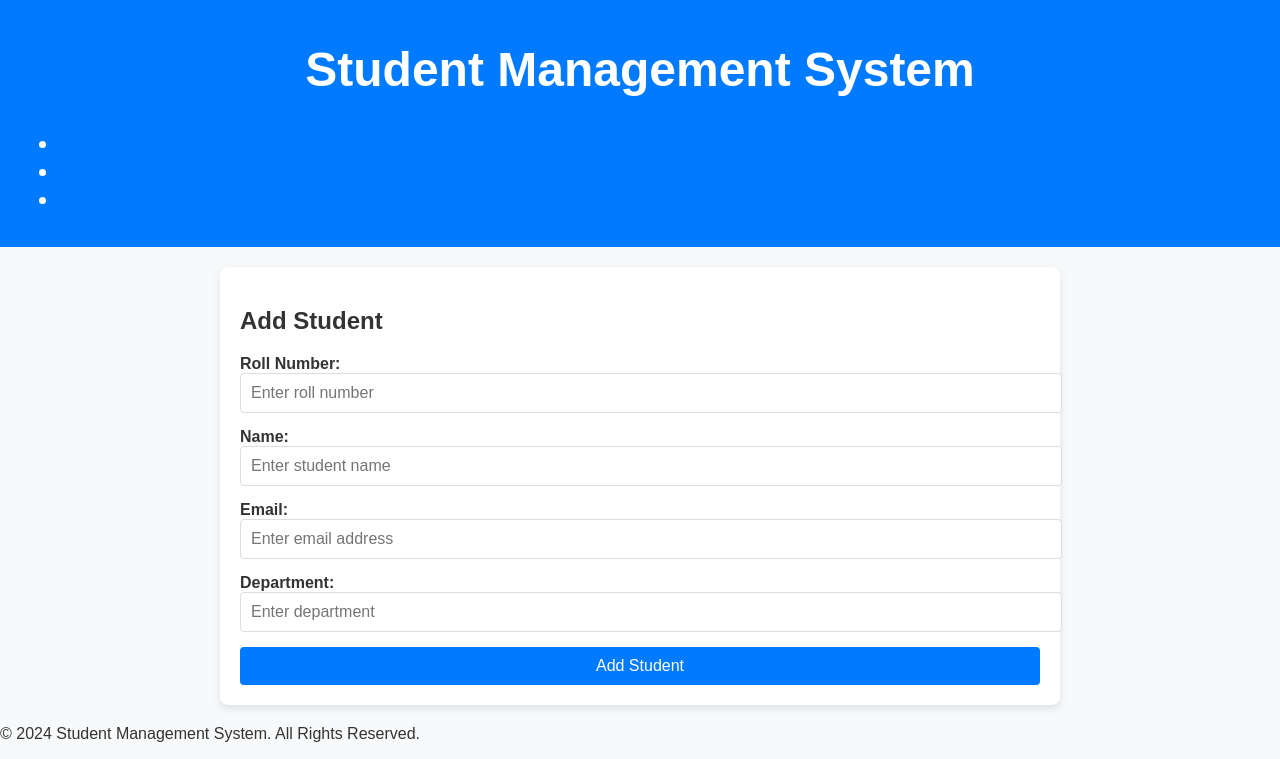
Repository: roohithbala/studentmanagement
Page: demo/src/main/resources/static/add-student.html
An editor plug-in stored every save of this project. The page is shown before and after the next save, followed by the edit.
The browser window is 1280 px wide. The pictures show the whole page.
The page's requests for data from a server got no answer.

Above is the page before, as saved 2024-11-24 19:08:22.

### demo/src/main/resources/static/add-student.html
<!DOCTYPE html>
<html lang="en">
<head>
    <meta charset="UTF-8">
    <meta name="viewport" content="width=device-width, initial-scale=1.0">
    <title>Add Student</title>
    <link rel="stylesheet" href="styles.css">
</head>
<body>
    <header>
        <div class="header-container">
            <h1>Student Management System</h1>
            <nav>
                <ul>
                    <li><a href="index.html">Home</a></li>
                    <li><a href="add-student.html" class="active">Add Student</a></li>
                    <li><a href="view-students.html">View Students</a></li>
                </ul>
            </nav>
        </div>
    </header>
    <main>
        <section class="form-section">
            <h2>Add Student</h2>
            <form id="add-student-form">
                <div class="form-group">
                    <label for="rollNumber">Roll Number:</label>
                    <input type="text" id="rollNumber" name="rollNumber" placeholder="Enter roll number" required>
                </div>
                <div class="form-group">
                    <label for="name">Name:</label>
                    <input type="text" id="name" name="name" placeholder="Enter student name" required>
                </div>
                <div class="form-group">
                    <label for="email">Email:</label>
                    <input type="email" id="email" name="email" placeholder="Enter email address" required>
                </div>
                <div class="form-group">
                    <label for="department">Department:</label>
                    <input type="text" id="department" name="department" placeholder="Enter department" required>
                </div>
                <button type="submit" id="add-student-button">Add Student</button>
            </form>
        </section>
    </main>
    <footer>
        <div class="footer-container">
            <p>&copy; 2024 Student Management System. All Rights Reserved.</p>
        </div>
    </footer>
    <script src="script1.js"></script>
</body>
</html>

### demo/src/main/resources/static/styles.css
/* General Styles */
body {
    font-family: 'Arial', sans-serif;
    margin: 0;
    padding: 0;
    background-color: #f8f9fa;
    color: #333;
}

header {
    background-color: #007bff;
    color: #fff;
    padding: 10px 20px;
    text-align: center;
    font-size: 24px;
    font-weight: bold;
}

main {
    max-width: 800px;
    margin: 20px auto;
    padding: 20px;
    background: #fff;
    box-shadow: 0 4px 8px rgba(0, 0, 0, 0.1);
    border-radius: 8px;
}

/* Navigation Bar */
nav {
    text-align: center;
    margin: 10px 0;
}

nav a {
    text-decoration: none;
    color: #007bff;
    margin: 0 15px;
    font-weight: bold;
}

nav a:hover {
    text-decoration: underline;
}

/* Form Styles */
form {
    display: flex;
    flex-direction: column;
    gap: 15px;
}

label {
    font-weight: bold;
    margin-bottom: 5px;
}

input[type="text"],
input[type="email"],
input[type="number"],
select {
    width: 100%;
    padding: 10px;
    border: 1px solid #ddd;
    border-radius: 4px;
    font-size: 16px;
}

button {
    padding: 10px 20px;
    font-size: 16px;
    background-color: #007bff;
    color: #fff;
    border: none;
    border-radius: 4px;
    cursor: pointer;
}

button:hover {
    background-color: #0056b3;
}

/* Table Styles */
table {
    width: 100%;
    border-collapse: collapse;
    margin-top: 20px;
}

table th,
table td {
    text-align: left;
    padding: 10px;
    border: 1px solid #ddd;
}

table th {
    background-color: #007bff;
    color: #fff;
    font-weight: bold;
}

table tr:nth-child(even) {
    background-color: #f2f2f2;
}

table tr:hover {
    background-color: #e9ecef;
}

/* Update and Delete Buttons */
.update-button,
.delete-button {
    padding: 5px 10px;
    font-size: 14px;
    border: none;
    border-radius: 4px;
    cursor: pointer;
}

.update-button {
    background-color: #28a745;
    color: #fff;
}

.update-button:hover {
    background-color: #218838;
}

.delete-button {
    background-color: #dc3545;
    color: #fff;
}

.delete-button:hover {
    background-color: #c82333;
}

/* Responsive Design */
@media (max-width: 600px) {
    main {
        padding: 10px;
    }

    nav a {
        margin: 0 5px;
        font-size: 14px;
    }

    table th,
    table td {
        font-size: 14px;
        padding: 8px;
    }

    button {
        font-size: 14px;
        padding: 8px 15px;
    }
}

### demo/src/main/resources/static/script1.js
document.getElementById('add-student-form').addEventListener('submit', function(event) {
    event.preventDefault();

    const rollNumber = document.getElementById('rollNumber').value;
    const name = document.getElementById('name').value;
    const email = document.getElementById('email').value;
    const department = document.getElementById('department').value;

    const studentData = {
        rollNumber: rollNumber,
        name: name,
        email: email,
        department: department
    };

    // Send the data to the backend API
    fetch('http://localhost:8080/api/students', {
        method: 'POST',
        headers: {
            'Content-Type': 'application/json',
        },
        body: JSON.stringify(studentData)
    })
    .then(response => response.json())
    .then(data => {
        console.log('Student added:', data);
        alert('Student added successfully!');
        // Redirect to home or another page if needed
    })
    .catch(error => {
        console.error('Error adding student:', error);
        alert('Failed to add student. Please try again.');
    });
});

### demo/src/main/resources/static/script.js
// Define the API base URL
const apiBaseUrl = 'http://localhost:8080/api/students';

// Function to add a new student
async function addStudent(studentData) {
    try {
        const response = await fetch(apiBaseUrl, {
            method: 'POST',
            headers: {
                'Content-Type': 'application/json',
            },
            body: JSON.stringify(studentData),
        });

        if (response.ok) {
            const student = await response.json();
            alert('Student added successfully!');
            console.log(student);
        } else {
            const error = await response.json();
            alert(`Failed to add student: ${error.message}`);
        }
    } catch (error) {
        alert('An error occurred while adding the student.');
        console.error(error);
    }
}

// Function to get all students
async function getAllStudents() {
    try {
        const response = await fetch(apiBaseUrl);
        if (response.ok) {
            const students = await response.json();
            displayStudents(students);
        } else {
            alert('Failed to fetch students.');
        }
    } catch (error) {
        alert('An error occurred while fetching the students.');
        console.error(error);
    }
}

// Function to get a student by roll number
async function getStudentByRollNumber(rollNumber) {
    try {
        const response = await fetch(`${apiBaseUrl}/${rollNumber}`);
        if (response.ok) {
            const student = await response.json();
            return student;
        } else if (response.status === 404) {
            alert('Student not found.');
        }
    } catch (error) {
        alert('An error occurred while fetching the student.');
        console.error(error);
    }
}

// Function to update student details
async function updateStudent(id, updatedStudentData) {
    try {
        const response = await fetch(`${apiBaseUrl}/${id}`, {
            method: 'PUT',
            headers: {
                'Content-Type': 'application/json',
            },
            body: JSON.stringify(updatedStudentData),
        });

        if (response.ok) {
            const student = await response.json();
            alert('Student updated successfully!');
            console.log(student);
        } else {
            alert('Failed to update student.');
        }
    } catch (error) {
        alert('An error occurred while updating the student.');
        console.error(error);
    }
}

// Function to delete a student by ID
async function deleteStudent(id) {
    try {
        const response = await fetch(`${apiBaseUrl}/${id}`, {
            method: 'DELETE',
        });

        if (response.ok) {
            alert('Student deleted successfully!');
        } else if (response.status === 404) {
            alert('Student not found.');
        }
    } catch (error) {
        alert('An error occurred while deleting the student.');
        console.error(error);
    }
}

// Function to display students in the table
function displayStudents(students) {
    const studentsTableBody = document.getElementById('students-table').getElementsByTagName('tbody')[0];
    studentsTableBody.innerHTML = ''; // Clear existing table rows

    students.forEach(student => {
        const row = studentsTableBody.insertRow();

        const rollNumberCell = row.insertCell(0);
        rollNumberCell.textContent = student.rollNumber;

        const nameCell = row.insertCell(1);
        nameCell.textContent = student.name;

        const emailCell = row.insertCell(2);
        emailCell.textContent = student.email;

        const departmentCell = row.insertCell(3);
        departmentCell.textContent = student.department;

        // Add edit and delete buttons
        const actionsCell = row.insertCell(4);
        actionsCell.innerHTML = `
            <button onclick="editStudent('${student.id}')">Edit</button>
            <button onclick="removeStudent('${student.id}')">Delete</button>
        `;
    });
}

// Function to edit student data (for use in a modal or form)
async function editStudent(id) {
    const student = await getStudentByRollNumber(id);

    if (student) {
        document.getElementById('rollNumber').value = student.rollNumber;
        document.getElementById('name').value = student.name;
        document.getElementById('email').value = student.email;
        document.getElementById('department').value = student.department;

        // Update the form action to handle updates
        const addButton = document.querySelector('button[type="submit"]');
        addButton.textContent = 'Update Student';
        addButton.onclick = function() {
            const updatedStudentData = {
                rollNumber: document.getElementById('rollNumber').value,
                name: document.getElementById('name').value,
                email: document.getElementById('email').value,
                department: document.getElementById('department').value
            };

            updateStudent(id, updatedStudentData);
        };
    }
}

// Function to remove a student
function removeStudent(id) {
    const confirmDelete = confirm('Are you sure you want to delete this student?');
    if (confirmDelete) {
        deleteStudent(id);
    }
}

// Event listener to handle form submission
document.getElementById('add-student-form').addEventListener('submit', function(event) {
    event.preventDefault();

    const studentData = {
        rollNumber: document.getElementById('rollNumber').value,
        name: document.getElementById('name').value,
        email: document.getElementById('email').value,
        department: document.getElementById('department').value
    };

    const submitButton = document.querySelector('button[type="submit"]');
    if (submitButton.textContent === 'Add Student') {
        addStudent(studentData);
    }

    // Clear the form after submission
    document.getElementById('add-student-form').reset();
});

// Fetch and display all students when the page loads
window.onload = function() {
    getAllStudents();
};

After the next save:
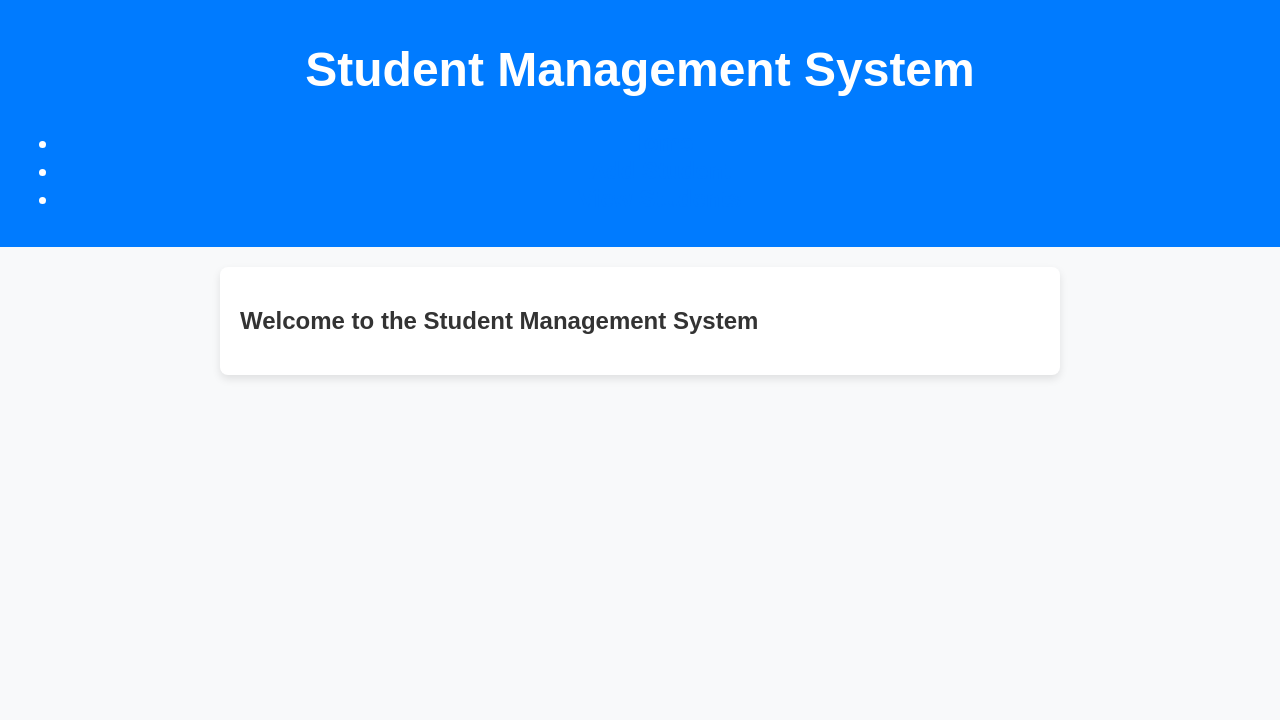
Saved 19 s later.
--- a/demo/src/main/resources/static/add-student.html
+++ b/demo/src/main/resources/static/add-student.html
@@ -3,7 +3,7 @@
 <head>
     <meta charset="UTF-8">
     <meta name="viewport" content="width=device-width, initial-scale=1.0">
-    <title>Add Student</title>
+    <title>Student Management System</title>
     <link rel="stylesheet" href="styles.css">
 </head>
 <body>
@@ -13,41 +13,14 @@
             <nav>
                 <ul>
                     <li><a href="index.html">Home</a></li>
-                    <li><a href="add-student.html" class="active">Add Student</a></li>
+                    <li><a href="add-student.html">Add Student</a></li>
                     <li><a href="view-students.html">View Students</a></li>
                 </ul>
             </nav>
         </div>
     </header>
     <main>
-        <section class="form-section">
-            <h2>Add Student</h2>
-            <form id="add-student-form">
-                <div class="form-group">
-                    <label for="rollNumber">Roll Number:</label>
-                    <input type="text" id="rollNumber" name="rollNumber" placeholder="Enter roll number" required>
-                </div>
-                <div class="form-group">
-                    <label for="name">Name:</label>
-                    <input type="text" id="name" name="name" placeholder="Enter student name" required>
-                </div>
-                <div class="form-group">
-                    <label for="email">Email:</label>
-                    <input type="email" id="email" name="email" placeholder="Enter email address" required>
-                </div>
-                <div class="form-group">
-                    <label for="department">Department:</label>
-                    <input type="text" id="department" name="department" placeholder="Enter department" required>
-                </div>
-                <button type="submit" id="add-student-button">Add Student</button>
-            </form>
-        </section>
+        <h2>Welcome to the Student Management System</h2>
     </main>
-    <footer>
-        <div class="footer-container">
-            <p>&copy; 2024 Student Management System. All Rights Reserved.</p>
-        </div>
-    </footer>
-    <script src="script1.js"></script>
 </body>
 </html>

After the save that followed:
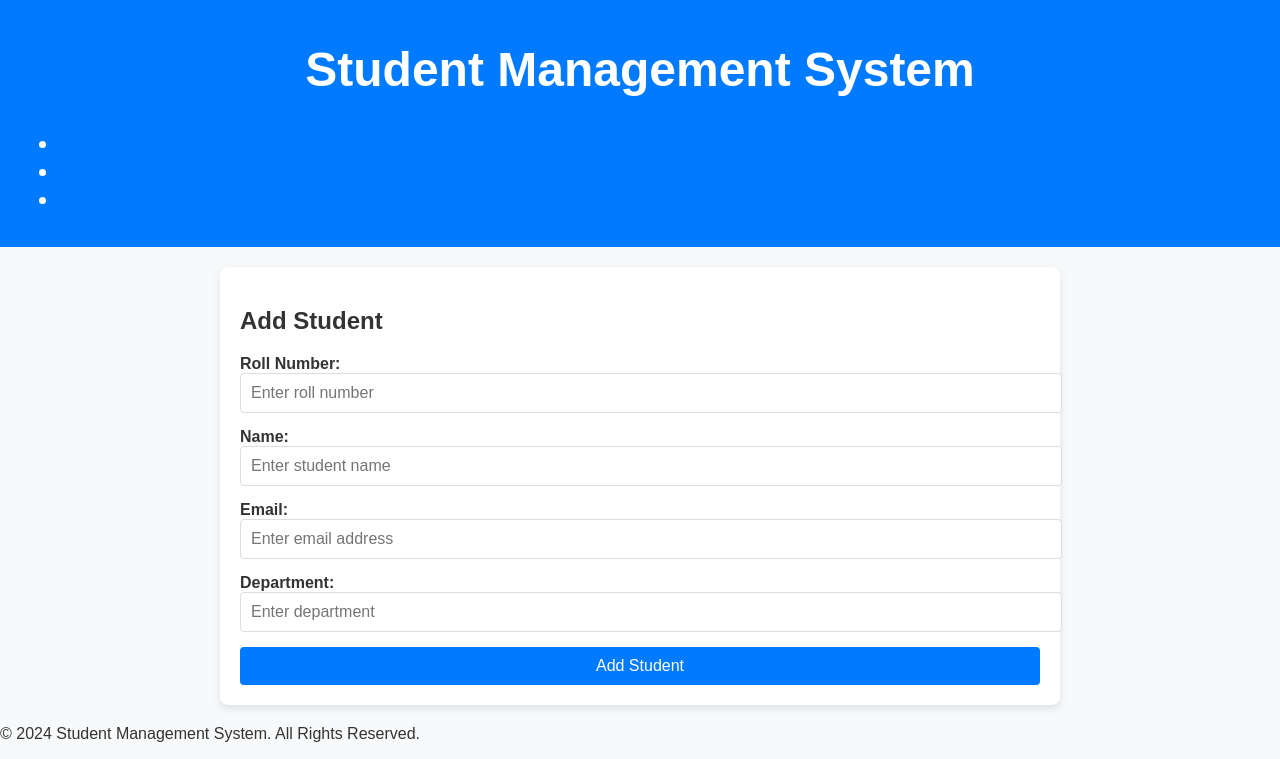
Saved 48 s later.
--- a/demo/src/main/resources/static/add-student.html
+++ b/demo/src/main/resources/static/add-student.html
@@ -3,7 +3,7 @@
 <head>
     <meta charset="UTF-8">
     <meta name="viewport" content="width=device-width, initial-scale=1.0">
-    <title>Student Management System</title>
+    <title>Add Student</title>
     <link rel="stylesheet" href="styles.css">
 </head>
 <body>
@@ -13,14 +13,41 @@
             <nav>
                 <ul>
                     <li><a href="index.html">Home</a></li>
-                    <li><a href="add-student.html">Add Student</a></li>
+                    <li><a href="add-student.html" class="active">Add Student</a></li>
                     <li><a href="view-students.html">View Students</a></li>
                 </ul>
             </nav>
         </div>
     </header>
     <main>
-        <h2>Welcome to the Student Management System</h2>
+        <section class="form-section">
+            <h2>Add Student</h2>
+            <form id="add-student-form">
+                <div class="form-group">
+                    <label for="rollNumber">Roll Number:</label>
+                    <input type="text" id="rollNumber" name="rollNumber" placeholder="Enter roll number" required>
+                </div>
+                <div class="form-group">
+                    <label for="name">Name:</label>
+                    <input type="text" id="name" name="name" placeholder="Enter student name" required>
+                </div>
+                <div class="form-group">
+                    <label for="email">Email:</label>
+                    <input type="email" id="email" name="email" placeholder="Enter email address" required>
+                </div>
+                <div class="form-group">
+                    <label for="department">Department:</label>
+                    <input type="text" id="department" name="department" placeholder="Enter department" required>
+                </div>
+                <button type="submit" id="add-student-button">Add Student</button>
+            </form>
+        </section>
     </main>
+    <footer>
+        <div class="footer-container">
+            <p>&copy; 2024 Student Management System. All Rights Reserved.</p>
+        </div>
+    </footer>
+    <script src="script.js"></script>
 </body>
 </html>
